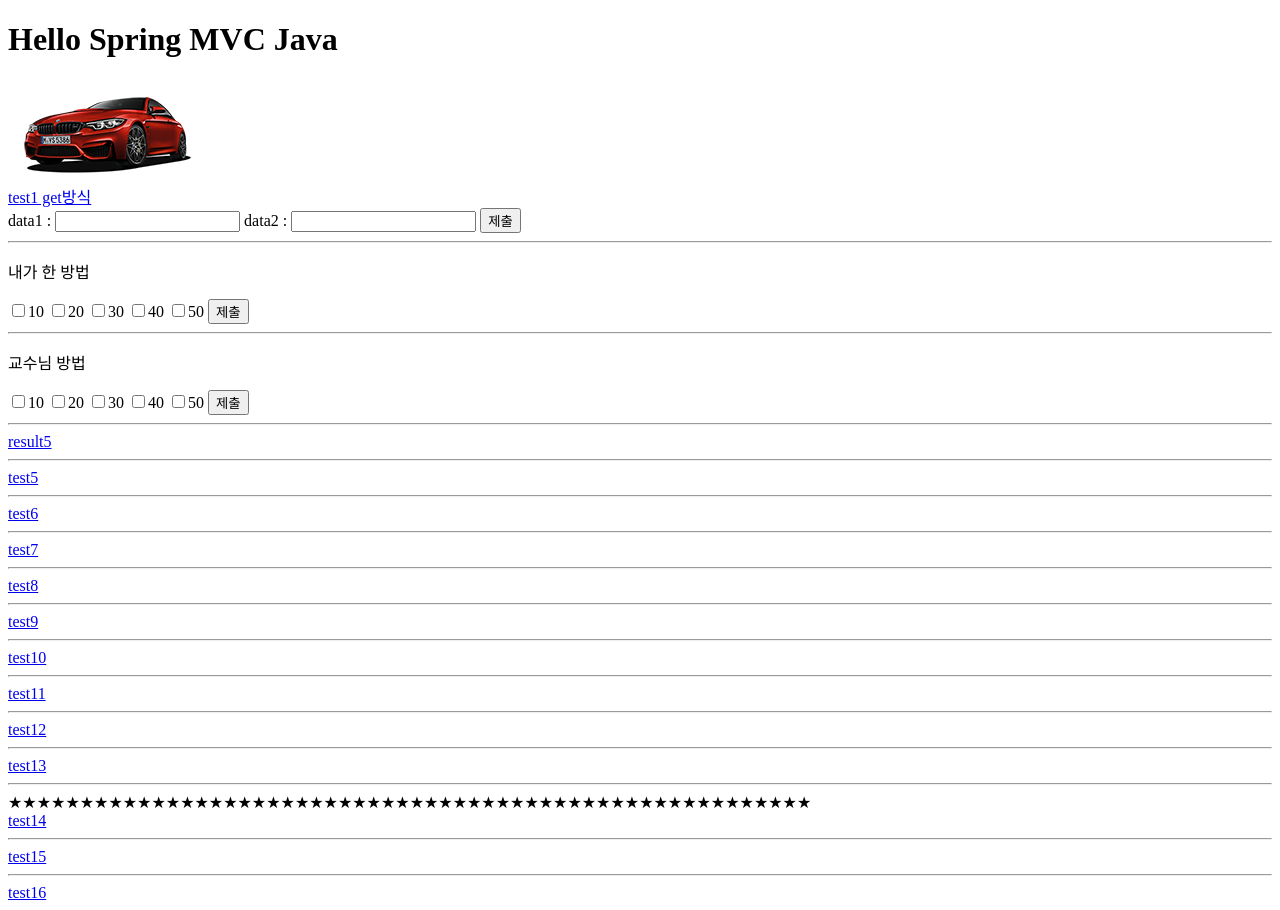
Repository: kangseongwuk/Spring
Page: http://localhost/WebSpringSample3_parameter/WEB-INF/views/index.jsp
The author's editor kept a copy of each file at every save. The page is drawn from the files as they stood at one save, then again after the next save.
The browser window is 1280 px wide. The pictures show the whole page.
The page is served by Tomcat 9. Nobody is signed in. The template is opened directly, without the code that normally fills it, so the values that code supplies are empty.

Above is the page before, as saved 2022-10-11 08:25:35.
Console error: TypeError: Cannot read properties of null (reading 'checked')

After the next save:
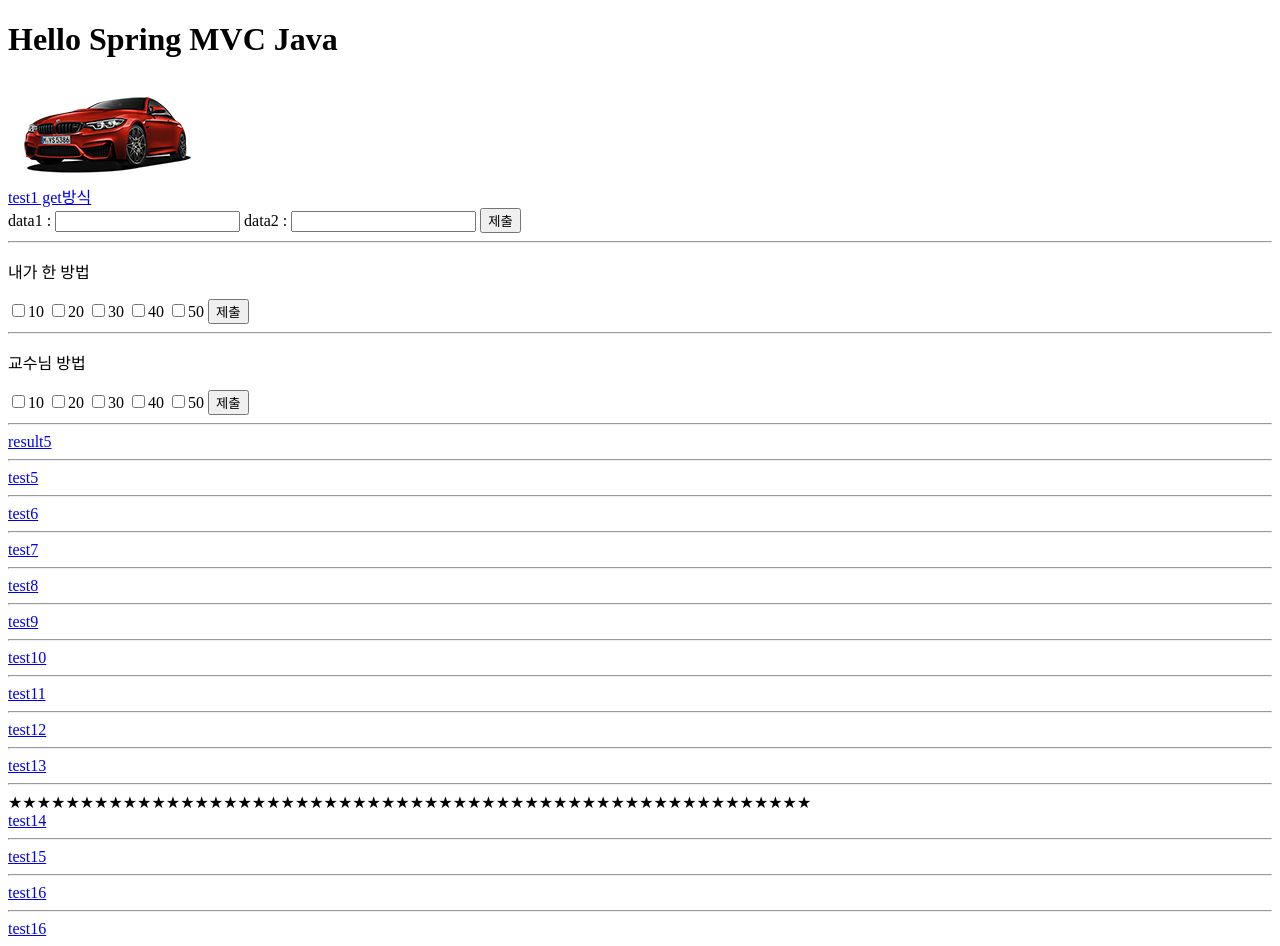
Saved 3 min 11 s later.
--- a/WebSpringSample3_parameter/src/main/webapp/WEB-INF/views/index.jsp
+++ b/WebSpringSample3_parameter/src/main/webapp/WEB-INF/views/index.jsp
@@ -85,7 +85,9 @@
 	<hr>
 	<a href="test15?data1=100&data2=200&data2=300&data2=400&data3=500&data4=600&data4=700">test15</a>
 	<hr>
-	<a href="test16?data1=100&data2=200&data2=300&data2=400&data3=500&data4=600&data4=700">test16</a>
+	<a href="test16">test16</a>
+	<hr>
+	<a href="test17">test16</a>
 
 
 
